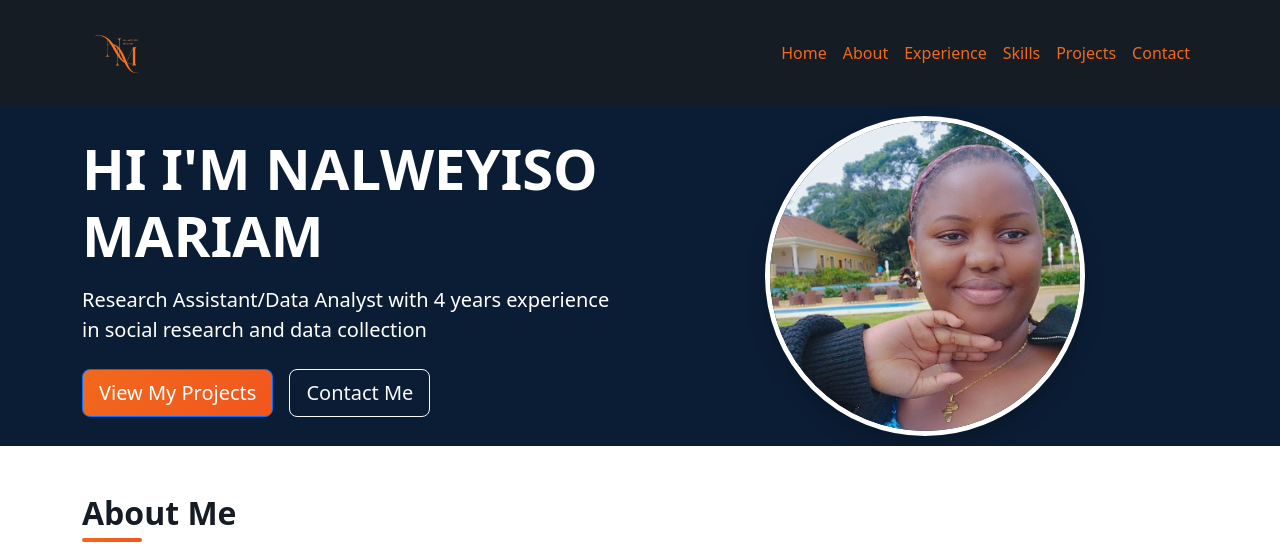
Repository: NalweMari/My-Personal-Portfolio
Page: index.html
These files come from the project's save history. The page is drawn as it stood at one moment and after the next save; the edit follows.
The browser window is 1280 px wide. The pictures show the part of the page from y = 0 to 560 px (the page is 3723 px tall).
A picture or video elsewhere on the page could not be fetched, so the positions and the page height are approximate.

Above is the page before, as saved 2025-12-05 18:59:16.
Console error (its wording comes from the project's code and is left out).

After the next save:
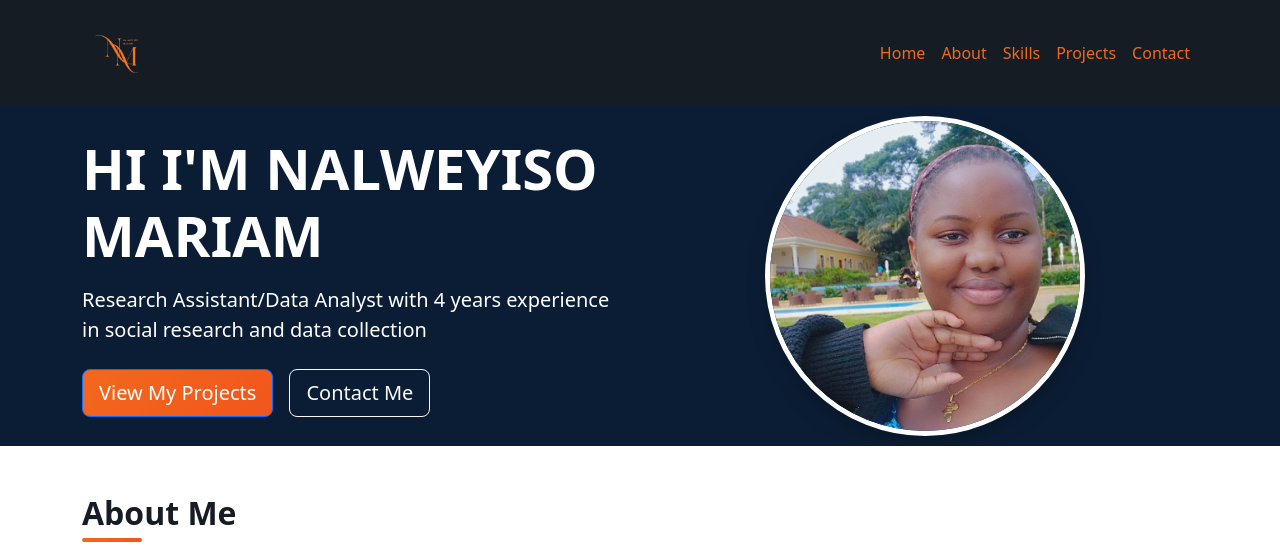
Saved 40 s later.
--- a/index.html
+++ b/index.html
@@ -24,8 +24,7 @@
                 <ul class="navbar-nav ms-auto">
                     <li class="nav-item"><a class="nav-link" href="#home">Home</a></li>
                     <li class="nav-item"><a class="nav-link" href="#about">About</a></li>
-                    <li class="nav-item"><a class="nav-link" href="#experience">Experience</a></li>
-                    <li class="nav-item"><a class="nav-link" href="#skills">Skills</a></li>
+                                       <li class="nav-item"><a class="nav-link" href="#skills">Skills</a></li>
                     <li class="nav-item"><a class="nav-link" href="#portfolio">Projects</a></li>
                     <li class="nav-item"><a class="nav-link" href="#contact">Contact</a></li>
                 </ul>
